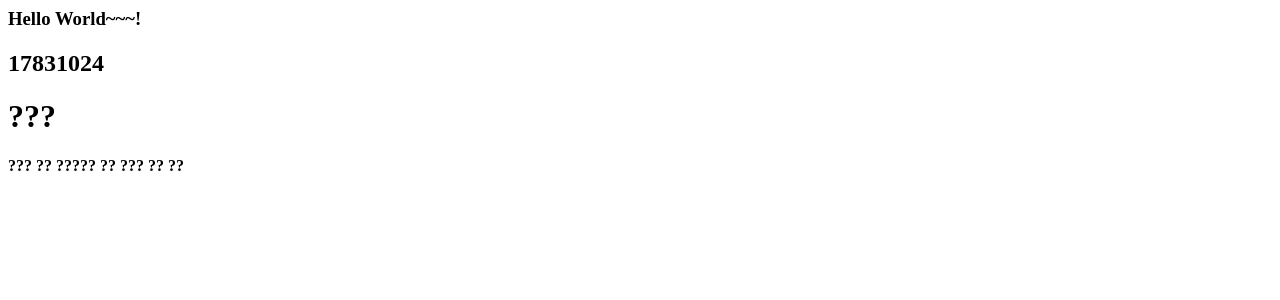
Repository: hyun5292/school
Page: http://localhost/PSH_1005/HelloWorld
These files come from the project's save history. The page is drawn as it stood at one moment and after the next save; the edit follows.
The browser window is 1280 px wide. The pictures show the whole page.
The page is served by Tomcat 9.

Above is the page before, as saved 2018-10-05 06:37:21.

### JSP2-2/PSH_1005/PSH_1005/src/com/jsp/ex/HelloWorld.java
package com.jsp.ex;

import java.io.IOException;
import java.io.PrintWriter;

import javax.servlet.ServletException;
import javax.servlet.annotation.WebServlet;
import javax.servlet.http.HttpServlet;
import javax.servlet.http.HttpServletRequest;
import javax.servlet.http.HttpServletResponse;

/**
 * Servlet implementation class HelloWorld
 */
@WebServlet("/HelloWorld")
public class HelloWorld extends HttpServlet {
	private static final long serialVersionUID = 1L;

    /**
     * @see HttpServlet#HttpServlet()
     */
    public HelloWorld() {
        super();
        // TODO Auto-generated constructor stub
    }

	/**
	 * @see HttpServlet#doGet(HttpServletRequest request, HttpServletResponse response)
	 */
	protected void doGet(HttpServletRequest request, HttpServletResponse response) throws ServletException, IOException {
		// TODO Auto-generated method stub
		//response.getWriter().append("Served at: ").append(request.getContextPath());
		System.out.println("doGet");
		System.out.println("17831024");
		System.out.println("박수현");

		response.setContentType("text/html charset=euc-kr");
		PrintWriter writer = response.getWriter();

		writer.println("<html>");
		writer.println("<head>");
		writer.println("</head>");
		writer.println("<body>");
		writer.println("<h3>Hello World~~~!</h3>");
		writer.println("<h2>17831024</h2>");
		writer.println("<h1>박수현</h1>");
		writer.println("<h4>글씨가 너무 이쁘세여ㅎ 나두 저렇게 쓰고 싶당</h4>");
		writer.println("</body>");
		writer.println("</html>");
		writer.close();
	}

	/**
	 * @see HttpServlet#doPost(HttpServletRequest request, HttpServletResponse response)
	 */
	protected void doPost(HttpServletRequest request, HttpServletResponse response) throws ServletException, IOException {
		// TODO Auto-generated method stub
		//doGet(request, response);
		System.out.println("doPost");
	}

}

After the next save:
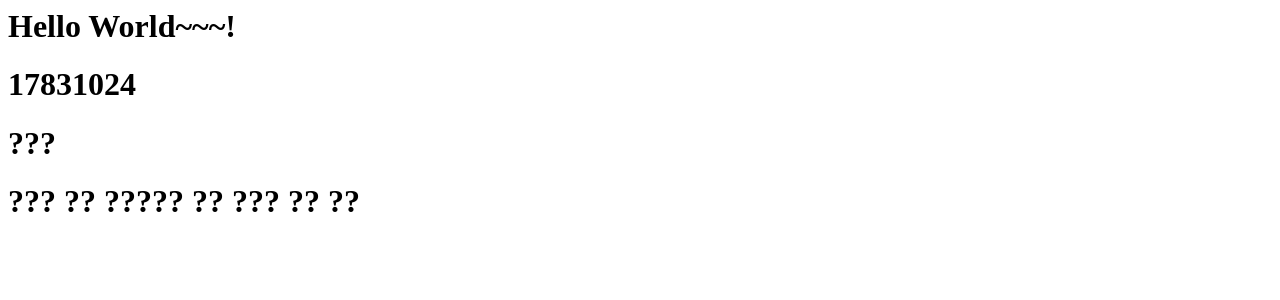
Saved 48 s later.
--- a/JSP2-2/PSH_1005/PSH_1005/src/com/jsp/ex/HelloWorld.java
+++ b/JSP2-2/PSH_1005/PSH_1005/src/com/jsp/ex/HelloWorld.java
@@ -41,10 +41,10 @@ public class HelloWorld extends HttpServlet {
 		writer.println("<head>");
 		writer.println("</head>");
 		writer.println("<body>");
-		writer.println("<h3>Hello World~~~!</h3>");
-		writer.println("<h2>17831024</h2>");
+		writer.println("<h1>Hello World~~~!</h1>");
+		writer.println("<h1>17831024</h1>");
 		writer.println("<h1>박수현</h1>");
-		writer.println("<h4>글씨가 너무 이쁘세여ㅎ 나두 저렇게 쓰고 싶당</h4>");
+		writer.println("<h1>글씨가 너무 이쁘세여ㅎ 나두 저렇게 쓰고 싶당</h1>");
 		writer.println("</body>");
 		writer.println("</html>");
 		writer.close();
